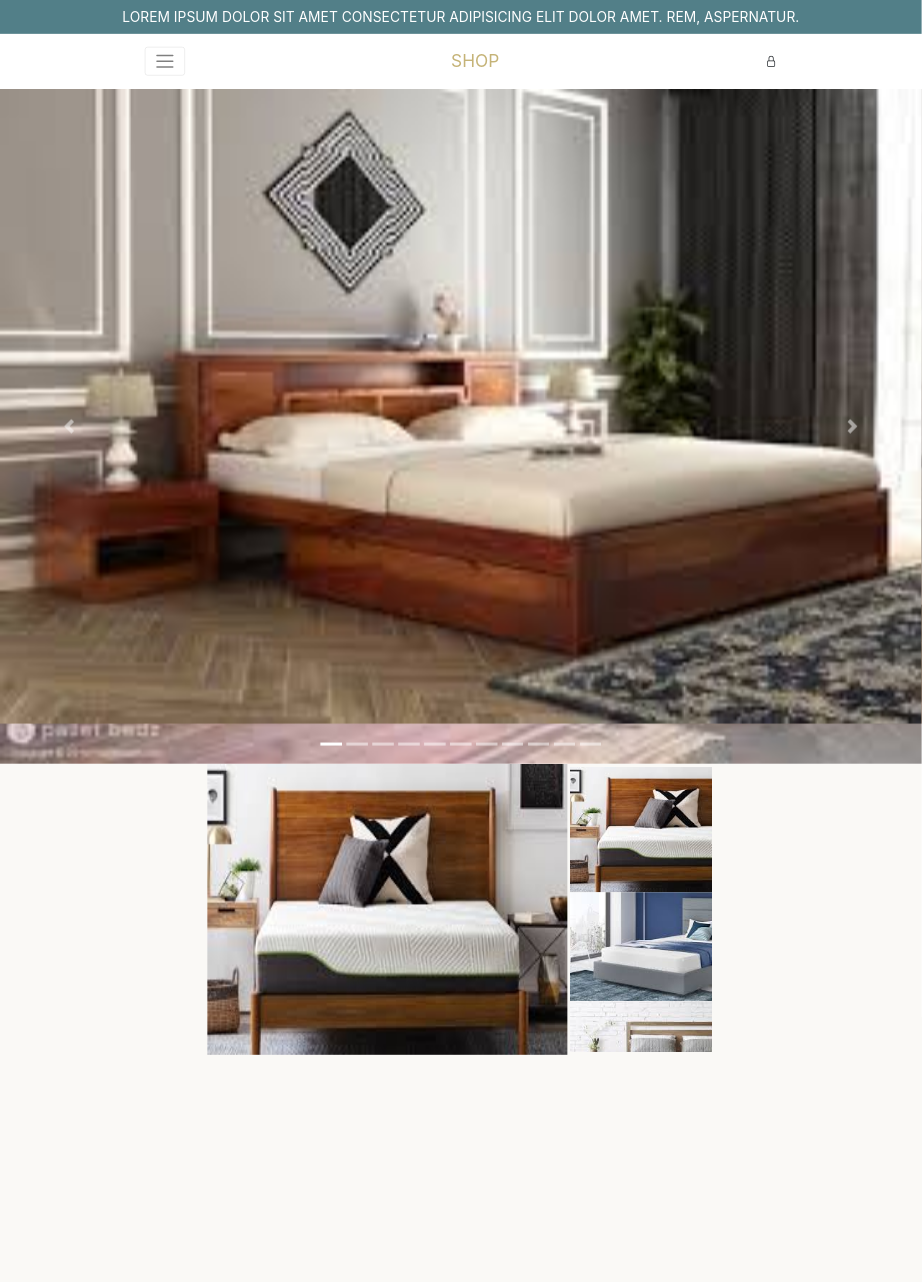
Repository: DaNiels89/frontendassignmentbogbootcamp
Page: index.html
These files come from the project's save history. The page is drawn as it stood at one moment and after the next save; the edit follows.
The browser window is 1280 px wide. The pictures show the whole page, at 72% of full size.

Above is the page before, as saved 2020-03-19 22:00:22.

After the next save:
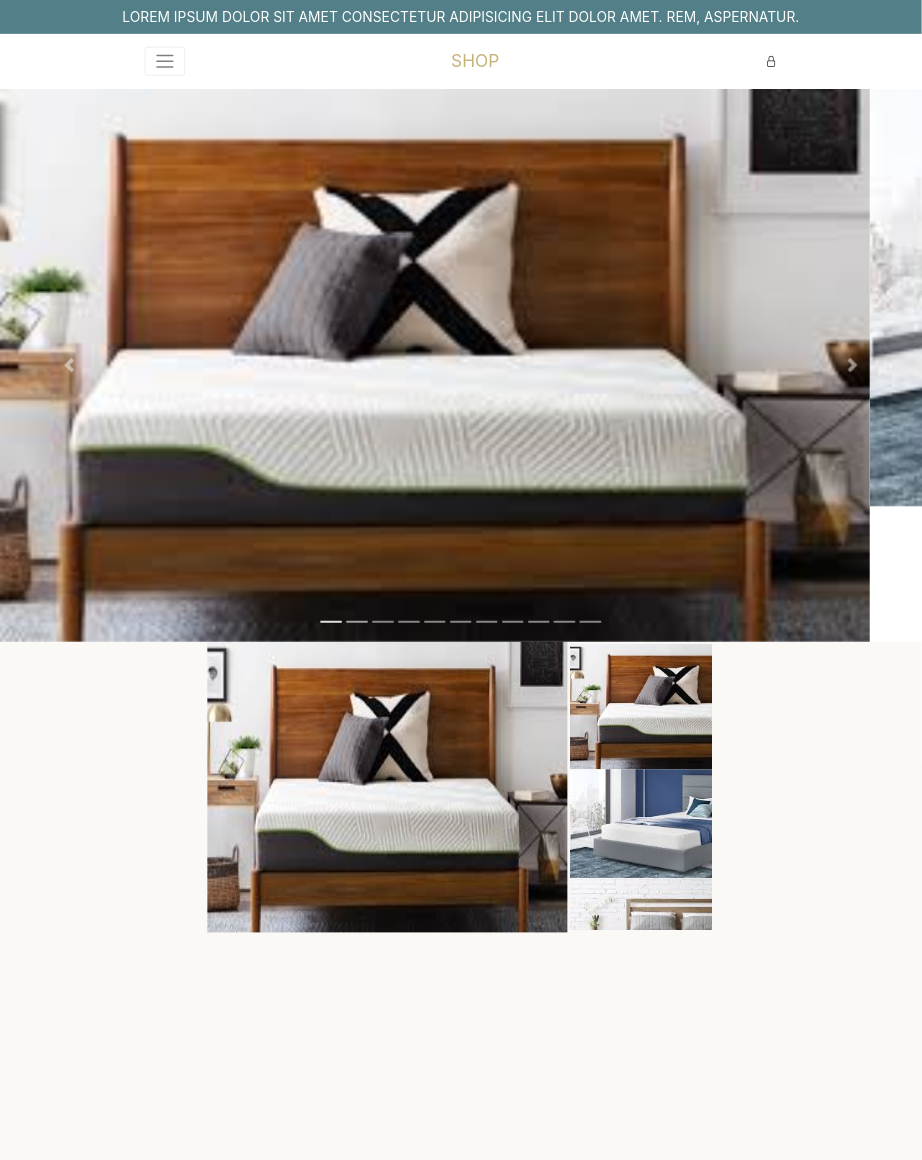
Saved 75 s later.
--- a/index.html
+++ b/index.html
@@ -86,31 +86,31 @@
         <div class="carousel-item active">
           <img src="img/bed1.jpeg" class="d-block w-100" alt="Bed1" />
         </div>
-        <div class="carousel-item active">
+        <div class="carousel-item">
           <img src="img/bed2.jpeg" class="d-block w-100" alt="Bed2" />
         </div>
-        <div class="carousel-item active">
+        <div class="carousel-item">
           <img src="img/bed3.jpeg" class="d-block w-100" alt="Bed3" />
         </div>
-        <div class="carousel-item active">
+        <div class="carousel-item">
           <img src="img/bed4.jpeg" class="d-block w-100" alt="Bed4" />
         </div>
-        <div class="carousel-item active">
+        <div class="carousel-item">
           <img src="img/bed5.jpeg" class="d-block w-100" alt="Bed5" />
         </div>
-        <div class="carousel-item active">
+        <div class="carousel-item">
           <img src="img/bed6.jpeg" class="d-block w-100" alt="Bed6" />
         </div>
-        <div class="carousel-item active">
+        <div class="carousel-item">
           <img src="img/bed7.jpeg" class="d-block w-100" alt="Bed7" />
         </div>
-        <div class="carousel-item active">
+        <div class="carousel-item">
           <img src="img/bed8.jpeg" class="d-block w-100" alt="Bed8" />
         </div>
-        <div class="carousel-item active">
+        <div class="carousel-item">
           <img src="img/bed9.jpeg" class="d-block w-100" alt="Bed9" />
         </div>
-        <div class="carousel-item active">
+        <div class="carousel-item">
           <img src="img/bed10.jpeg" class="d-block w-100" alt="Bed10" />
         </div>
       </div>
